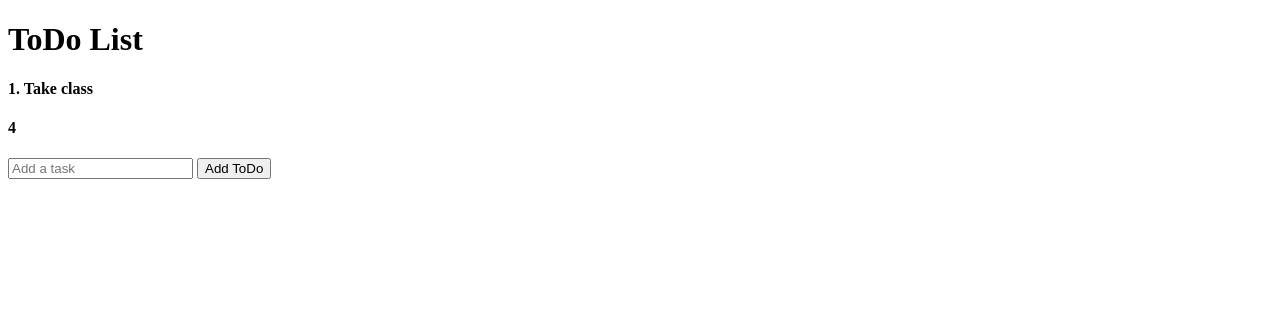
Repository: tanayburbure/Todo-application
Page: index.html
These files come from the project's save history. The page is drawn as it stood at one moment and after the next save; the edit follows.
The browser window is 1280 px wide. The pictures show the whole page.

Above is the page before, as saved 2025-10-20 17:02:43.

After the next save:
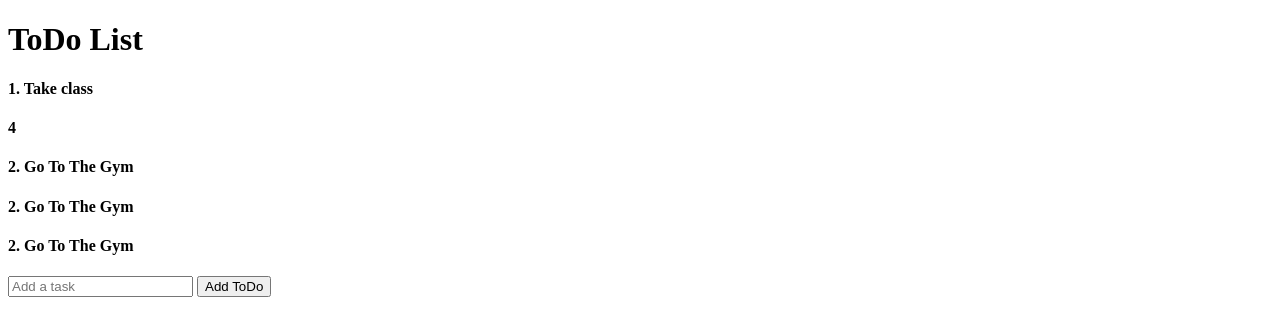
Saved 5 h 22 min later.
--- a/index.html
+++ b/index.html
@@ -8,6 +8,9 @@
 <body>
     <h1>ToDo List</h1>
     <h4>1. Take class</h4>
+    <h4>2. Go To The Gym</h4>
+    <h4>2. Go To The Gym</h4>
+    <h4>2. Go To The Gym</h4>
     <h4>2. Go To The Gym</h4>
     <div>
         <input id="todo-input" type="text" placeholder="Add a task"/>
